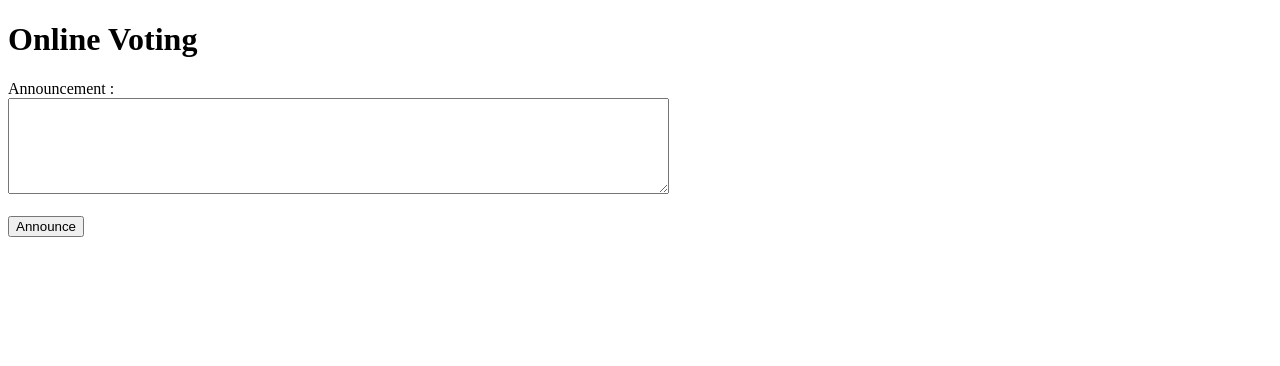
Repository: bhageshchincholi/AdvanceJava
Page: Election/Election/webcontent/announcement.html
An editor plug-in stored every save of this project. The page is shown before and after the next save, followed by the edit.
The browser window is 1280 px wide. The pictures show the whole page.

Above is the page before, as saved 2024-06-09 13:03:36.

After the next save:
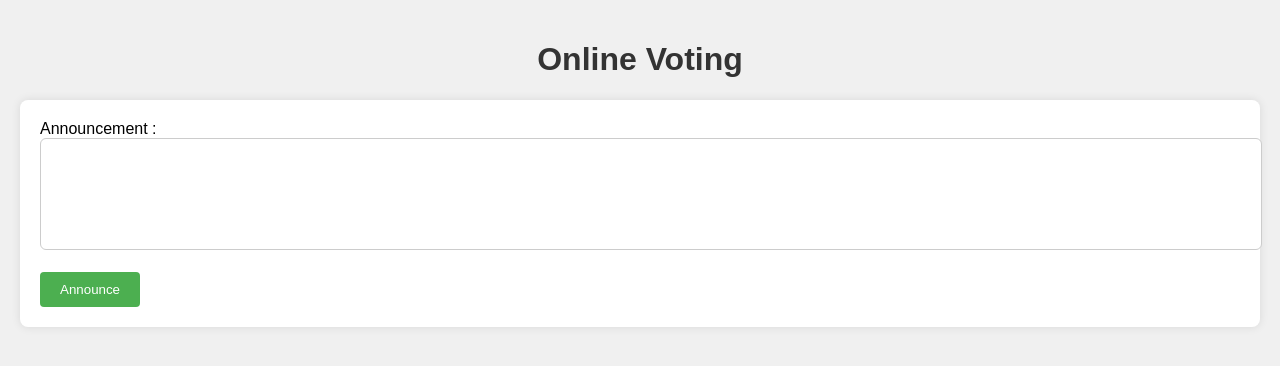
Saved 2 min 0 s later.
--- a/Election/Election/webcontent/announcement.html
+++ b/Election/Election/webcontent/announcement.html
@@ -1,16 +1,57 @@
 <!DOCTYPE html>
 <html>
 <head>
-<meta charset="ISO-8859-1">
-<title>Announcement</title>
+    <meta charset="UTF-8">
+    <title>Announcement</title>
+    <style>
+        body {
+            font-family: Arial, sans-serif;
+            background-color: #f0f0f0;
+            margin: 0;
+            padding: 20px;
+        }
+
+        h1 {
+            text-align: center;
+            color: #333;
+        }
+
+        form {
+            background-color: #fff;
+            padding: 20px;
+            border-radius: 8px;
+            box-shadow: 0 0 10px rgba(0, 0, 0, 0.1);
+        }
+
+        textarea {
+            width: 100%;
+            padding: 10px;
+            border-radius: 6px;
+            border: 1px solid #ccc;
+            resize: none;
+        }
+
+        input[type="submit"] {
+            padding: 10px 20px;
+            background-color: #4caf50;
+            color: #fff;
+            border: none;
+            border-radius: 4px;
+            cursor: pointer;
+        }
+
+        input[type="submit"]:hover {
+            background-color: #45a049;
+        }
+    </style>
 </head>
 <body>
-		<h1>Online Voting</h1>
-		<form method="post" action="announcement">
-				Announcement : <br/>
-				<textarea name="announce" rows="6" cols="80"></textarea>
-				<br/><br/>
-				<input type="submit" value="Announce">
-		</form>
+    <h1>Online Voting</h1>
+    <form method="post" action="announcement">
+        Announcement : <br/>
+        <textarea name="announce" rows="6" cols="80"></textarea>
+        <br/><br/>
+        <input type="submit" value="Announce">
+    </form>
 </body>
 </html>
